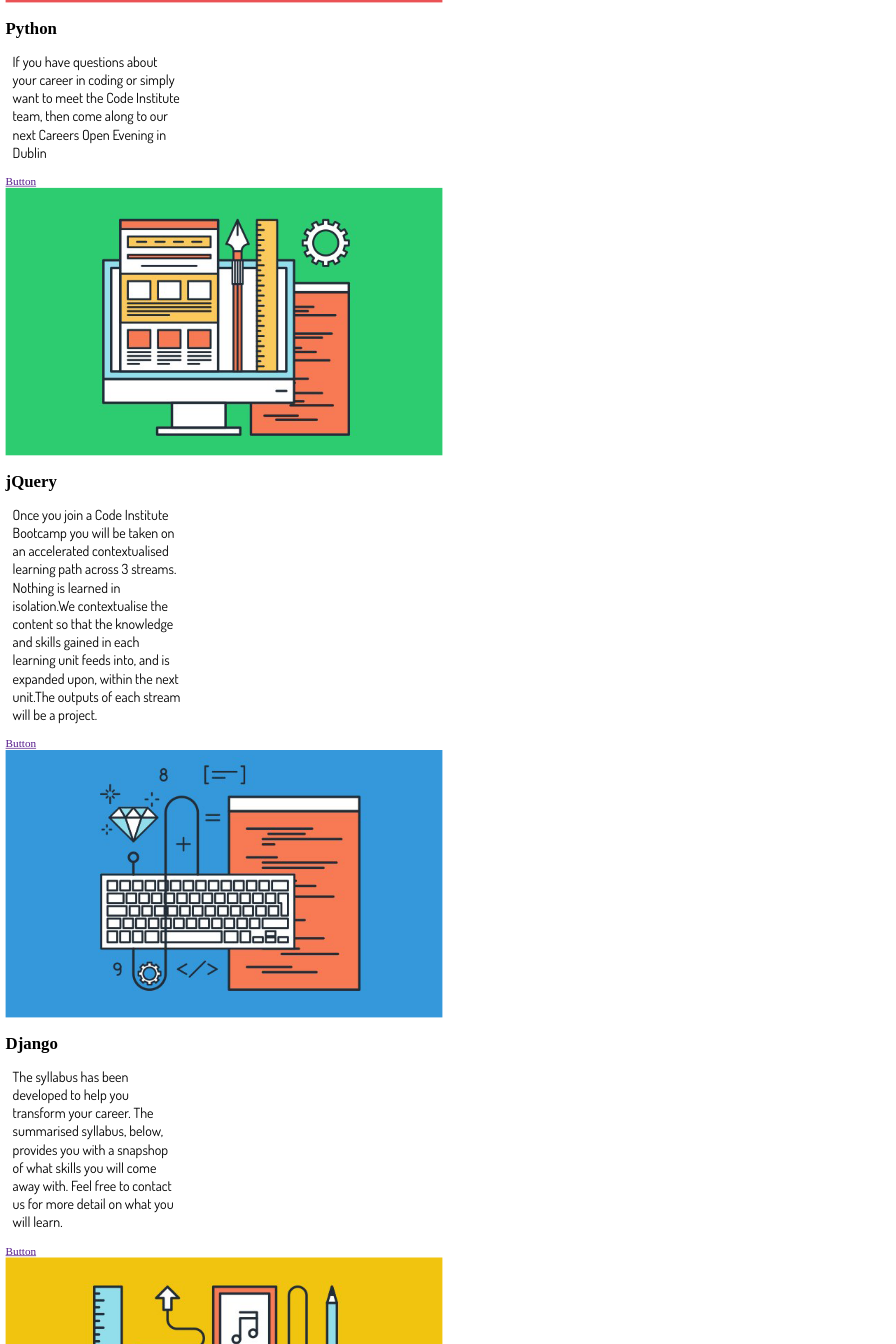
Repository: rory81/jquery
Page: Cards-jquery.html
The author's editor kept a record of every edit. The page is drawn from the files as they stood at one moment, then again after the next edit.
The browser window is 1280 px wide. The pictures show the part of the page from y = 1939 to 3859 px (the page is 4525 px tall before and 4537 px after), at 70% of full size.
Some web libraries are served in a nearby version.

Above is the page before.

After the next edit:
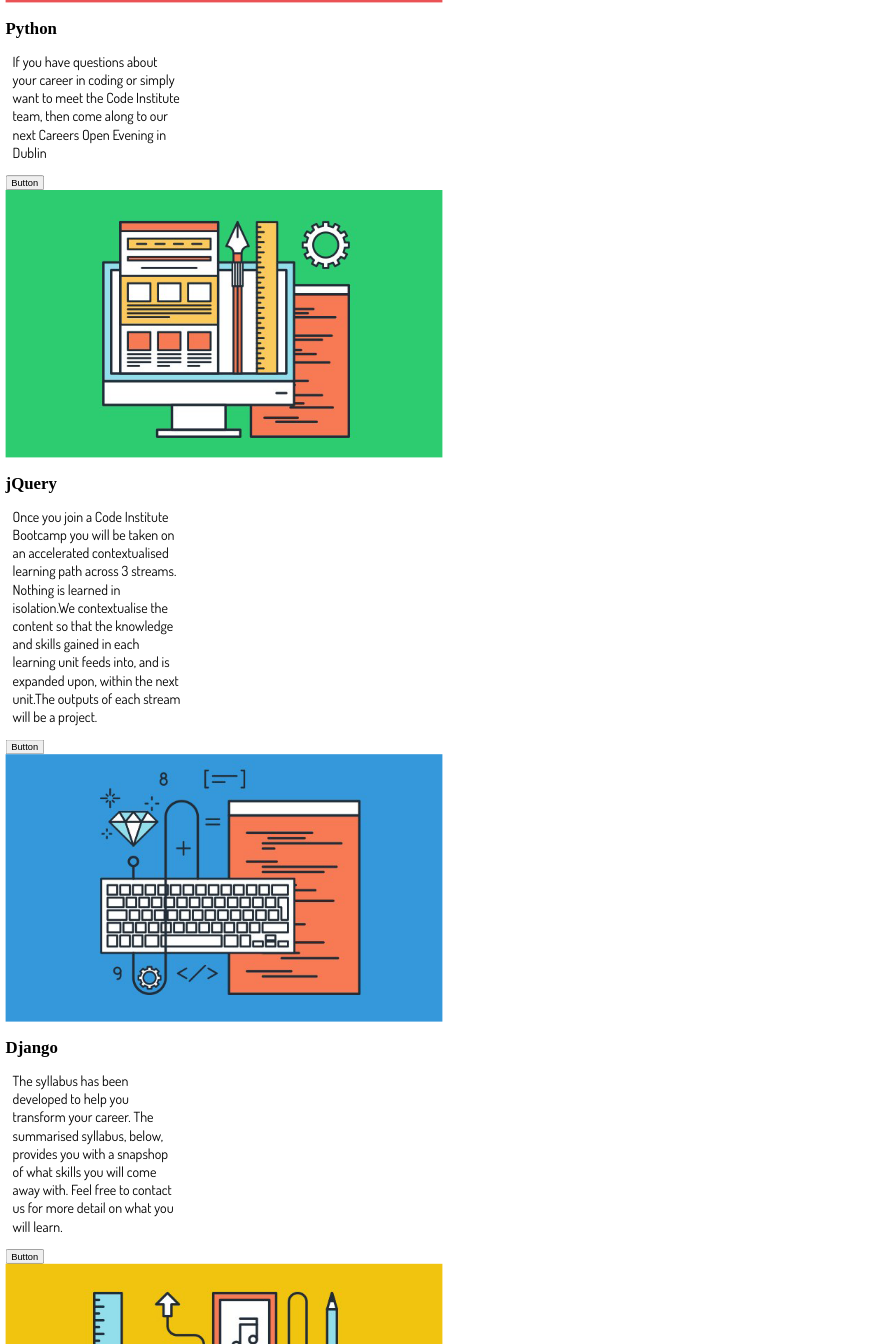
The edit:
--- a/Cards-jquery.html
+++ b/Cards-jquery.html
@@ -37,27 +37,27 @@
 			<img class="card_image" src="img/2.png" alt="coding icon">
 			<h2 id=hr_python class="card_head">Python</h2>
 			<p class="card_para">If you have questions about your career in coding or simply want to meet the Code Institute team, then come along to our next Careers Open Evening in Dublin</p>
-			<a href="" class="bottom_button">Button</a>
+			<button class="bottom_button">Button</button>
 		</div>
 		<div class="card stream1">
 			<img class="card_image" src="img/3.png" alt="coding icon">
 			<div class="card_bottom">
 				<h2 id=hr_jquery class="card_head">jQuery</h2>
 				<p class="card_para">Once you join a Code Institute Bootcamp you will be taken on an accelerated contextualised learning path across 3 streams. Nothing is learned in isolation.We contextualise the content so that the knowledge and skills gained in each learning unit feeds into, and is expanded upon, within the next unit.The outputs of each stream will be a project. </p>
-				<a href="" class="bottom_button">Button</a>
+				<button class="bottom_button">Button</button>
 			</div>
 		</div>
 		<div class="card stream3">
 			<img class="card_image" src="img/4.png" alt="coding icon">
 			<h2 id=hr_django class="card_head">Django</h2>
 			<p class="card_para">The syllabus has been developed to help you transform your career. The summarised syllabus, below, provides you with a snapshop of what skills you will come away with. Feel free to contact us for more detail on what you will learn.</p>
-			<a href="" class="bottom_button">Button</a>
+			<button class="bottom_button">Button</button>
 		</div>
 		<div class="card stream1">
 			<img class="card_image" src="img/1.png" alt="coding icon">
 			<h2 id=hr_css class="card_head">CSS</h2>
 			<p class="card_para">The syllabus has been developed to help you transform your career. The summarised syllabus, below, provides you with a snapshop of what skills you will come away with. Feel free to contact us for more detail on what you will learn.</p>
-			<a href="" class="bottom_button">Button</a>
+			<button class="bottom_button">Button</button>
 		</div>
 		<div id="my_footer">
 			<p id="copyright">Copyright Infomation</p>
